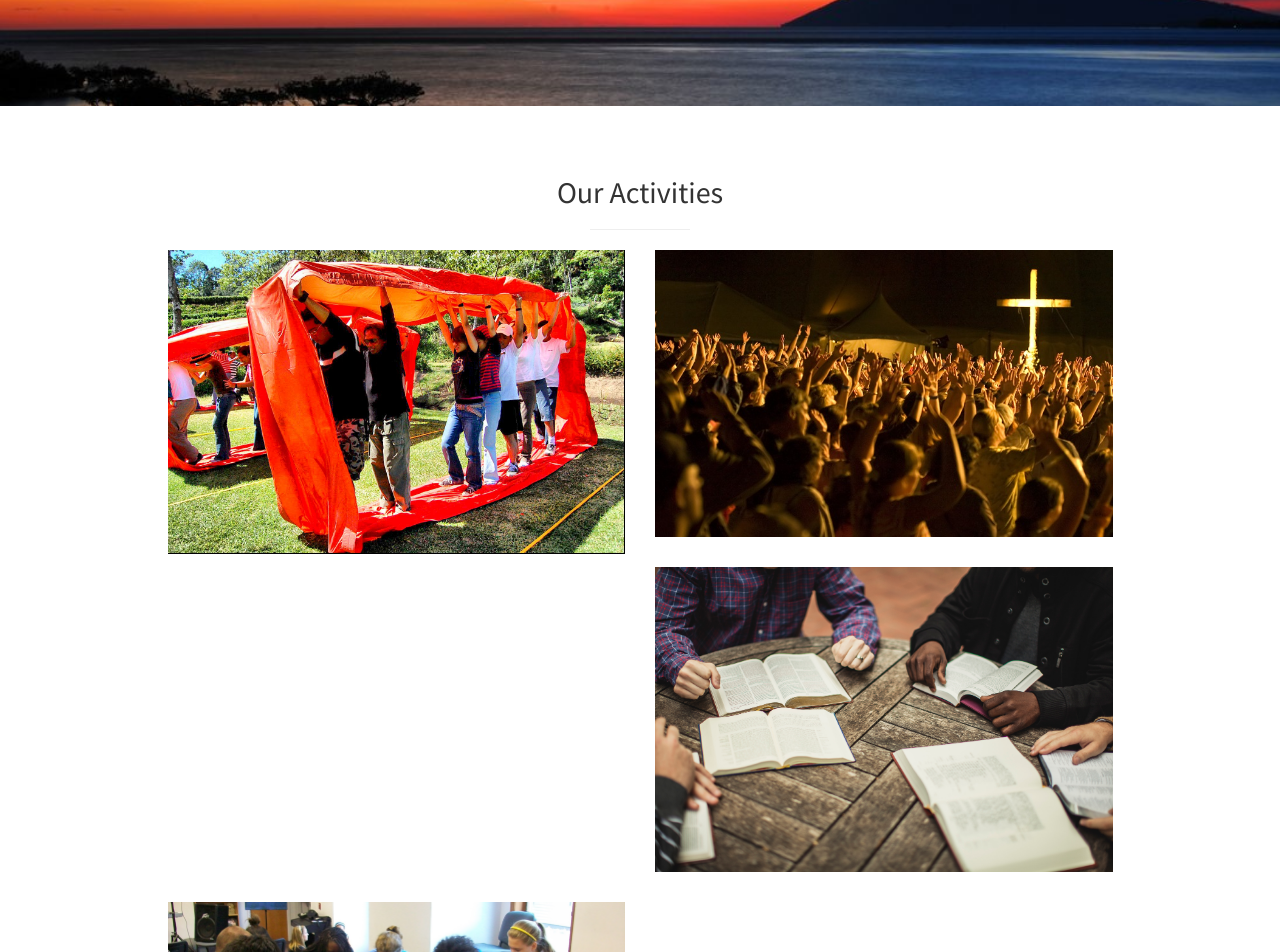
Repository: satriyoministry/revolutioncamp
Page: index.html
The author's editor kept a record of every edit. The page is drawn from the files as they stood at one moment, then again after the next edit.
The browser window is 1280 px wide. The pictures show the part of the page from y = 1718 to 2670 px (the page is 4229 px tall before and 3945 px after).

Above is the page before.

After the next edit:
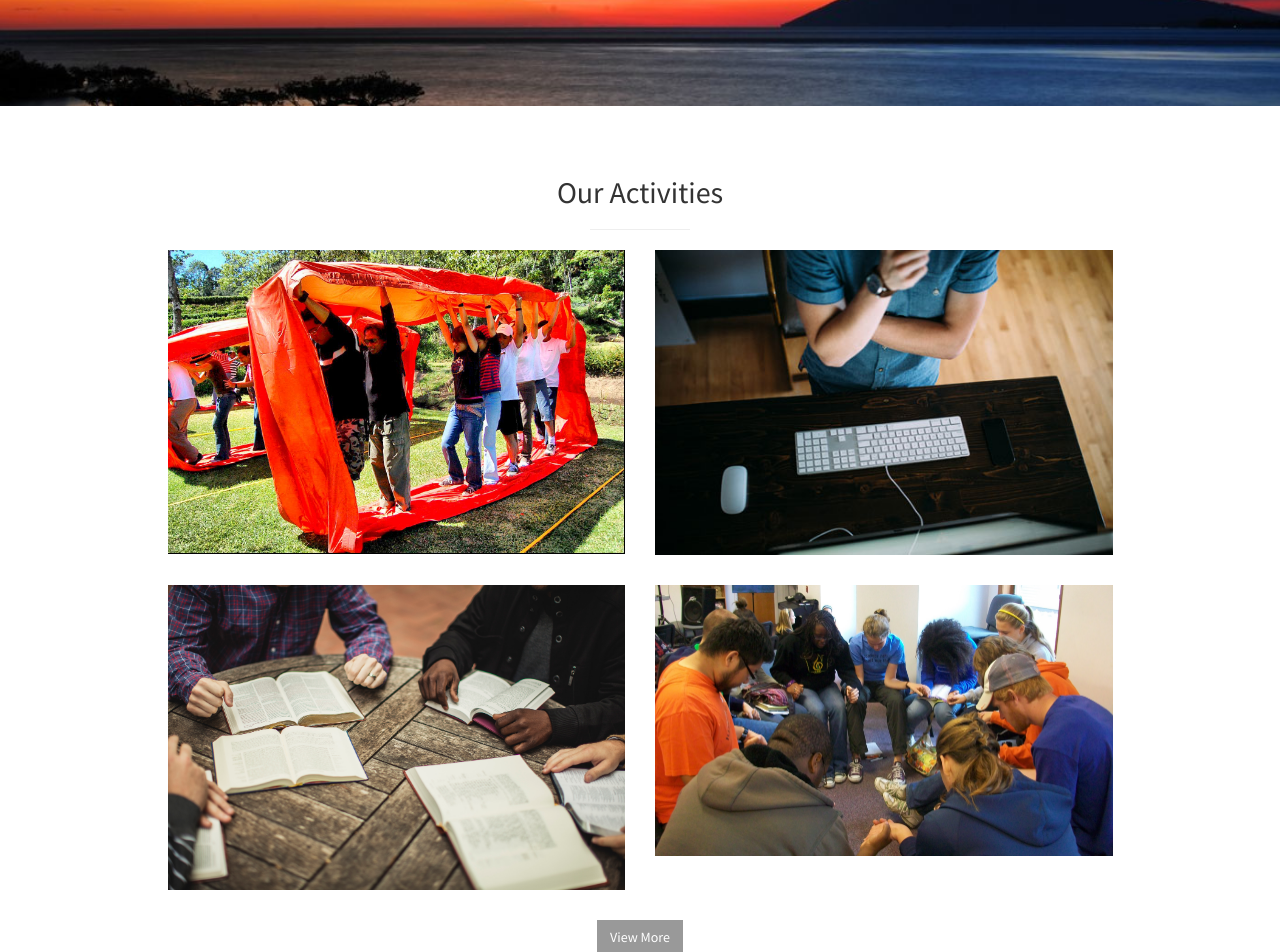
The edit:
--- a/index.html
+++ b/index.html
@@ -168,7 +168,7 @@
                         <div class="col-md-6">
                             <div class="portfolio-item">
                                 <a href="#">
-                                    <img class="img-portfolio img-responsive" src="img/2.jpg">
+                                    <img class="img-portfolio img-responsive" src="img/2a.jpg">
                                 </a>
                             </div>
                         </div>
